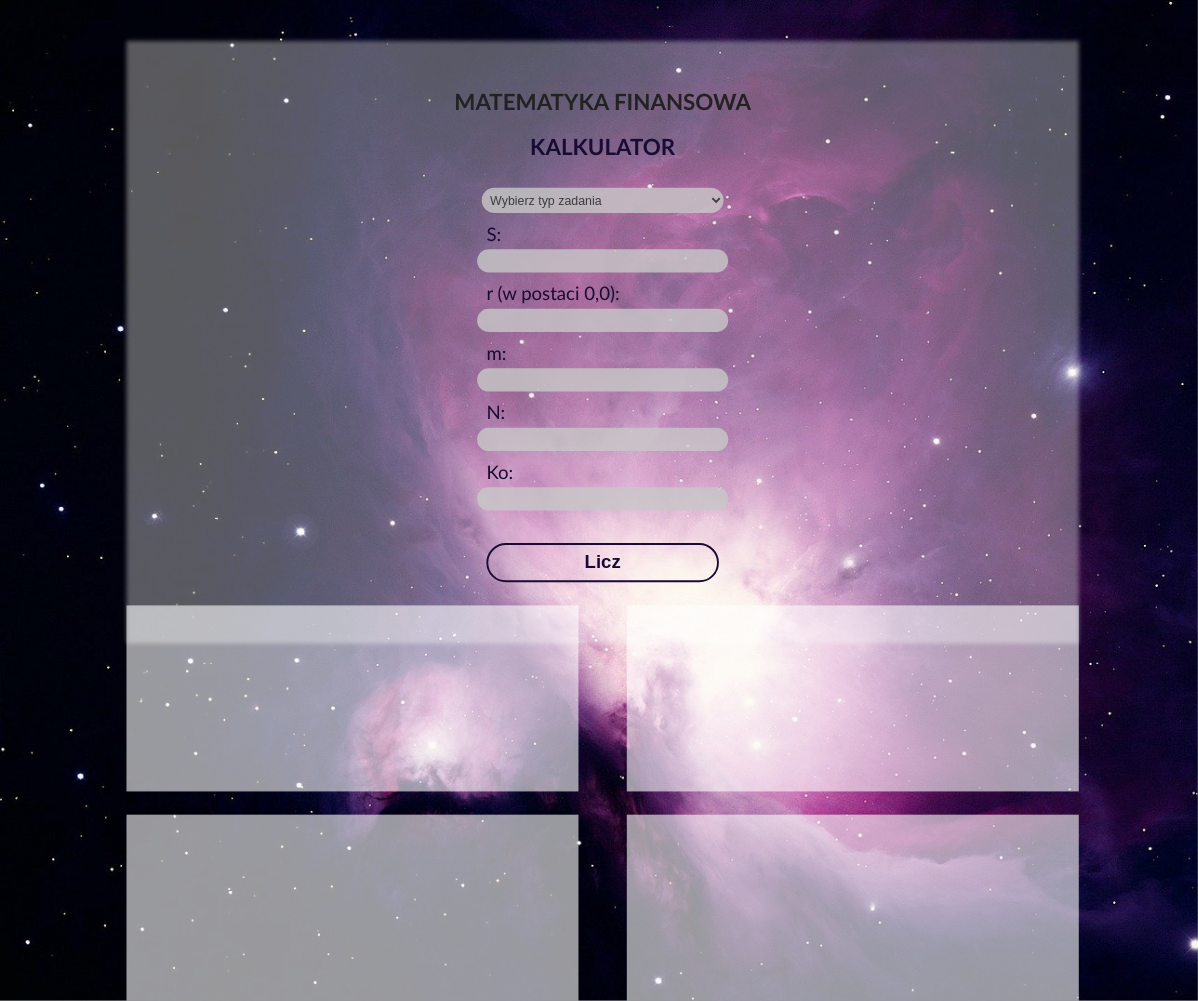
Repository: ravkita/MFCalc
Page: index.html
The author's editor kept a copy of each file at every save. The page is drawn from the files as they stood at one save, then again after the next save.
The browser window is 1280 px wide. The page is 1288 px wide, so the pictures cover 1288 px, including what lies to the right of the window. The pictures show the whole page, at 93% of full size.

Above is the page before, as saved 2021-04-12 20:12:56.

### index.html
<!DOCTYPE html>
<html lang="en">
<head>
    <meta charset="UTF-8">
    <meta http-equiv="X-UA-Compatible" content="IE=edge">
    <meta name="viewport" content="width=device-width, initial-scale=1.0">
    <title>Kalkulator</title>

    <style type="text/css">
        body{
            font-family: 'Gill Sans', 'Gill Sans MT', Calibri, 'Trebuchet MS', sans-serif;
            background-image: url('bg.jpg');
            width: 100vw;
            height: 100vh;
            overflow: hidden;
            display: flex;
            justify-content: center;
            align-items: center;
        }
        .popout{
            width: 80%;
            height: 90vh;
            position: relative;
        }
        .popout .bg{
            width: 100%;
            height: 100%;
            background: rgba(255, 255, 255, 0.35);
            filter: blur(2.55px);
            position: absolute;
            top: 0;
            left: 0;
            z-index: -1;
        }
        .header{
            width: 100%;
            display: flex;
            flex-direction: column;
            justify-content: center;
            align-items: center;
        }
        .title{
            color: #222;
            margin-top: 50px;
            margin-bottom: 10px;
        }
        .subtitle{
            margin-top: 10px;
            color: #1A0B34;
        }

        #form{
            display: flex;
            flex-direction: column;
            justify-content: center;
            align-items: center;
        }
        .formItem{
            display: flex;
            justify-content: flex-start;
            align-items: flex-start;
            flex-direction: column;
            margin-top: 10px;
        }
        select, input[type="number"]{
            width: calc(100vh/2 - 100px);
            outline: 0;
            border: 0;
            background: rgba(201, 201, 201, 0.8);
            border-radius: 20px;
            padding: 5px;
            color: #3d3d3d;
        }
        select:focus, input[type="number"]:focus{
            box-shadow: 0 4px 10px rgba(201, 201, 201, 0.35);
        }
        label{
            padding-left: 10px;
            padding-bottom: 5px;
            color: #1A0B34;
            font-size: 20px;
        }
        input[type="button"]{
            margin-top: 35px;
            background: transparent;
            width: 250px;
            border: solid 2px #1A0B34;
            color: #1A0B34;
            border-radius: 30px;
            font-size: 20px;;
            padding: 7.5px 0;
            font-weight: 600;
            outline: none;
            transition: all .3s ease-in;
        }
        input[type="button"]:hover{
            background: #1A0B34;
            color: #fff;
            cursor: pointer;
        }
        .result{
            width: 100%;
            display: flex;
            justify-content: space-between;
            align-items: center;
            flex-flow: row wrap;
        }
        .cell{
            width: 47.5%;
            min-height: 200px;
            background: rgba(255, 255, 255, 0.6);
            margin-top: 25px;
        }
    </style>
</head>
<body>
    <section class="popout">
        <div class="bg"></div>
        <header class="header">
            <h1 class="title">MATEMATYKA FINANSOWA</h1>
        <h2 class="subtitle">KALKULATOR</h2>
        </header>
        <form action="" id="form">
            <div class="formItem">
                <select name="type" id="typ">
                <option default>Wybierz typ zadania</option>
                <option value="1">zmienna rata</option>
                <option value="2">zmienne płatności</option>
                <option value="3">narastanie kapitału</option>
            </select>
            </div>
            <div class="formItem"><label for="S">S:</label> <input type="number" name="S" class="s"></div>
            <div class="formItem"><label for="r">r (w postaci 0,0):</label> <input type="number" name="r" class="r"></div>
            <div class="formItem"><label for="m">m:</label> <input type="number" name="m" class="m"></div>
            <div class="formItem"><label for="N">N:</label> <input type="number" name="N" class="N"></div>
            <div class="formItem"><label for="Ko">Ko:</label> <input type="number" name="Ko" class="Ko"></div>
            <input type="button" name="confirm" id="confirm" value="Licz">
        </form>
        <div class="result">
            <div class="cell cell-1"></div>
            <div class="cell cell-2"></div>
            <div class="cell cell-3"></div>
            <div class="cell cell-4"></div>
        </div>
    </section>
    <script type="text/javascript">
        let s;
        let r;
        let m;
        let N;
        let q;
        let a;
        let Ko;
        let Sn = [];

        // RATY


        function rataStała(){
            const el = document.createElement("p");
            let t = s/(m*N);
            el.innerText = `T: ${t}`;
            document.querySelector('.cell-1').appendChild(el);
        }
        function rataZmienna(){
            let tn = [];
            let sumaTn = 0;
                for(let i = 1; i<=N*m; i++){
                    const el = document.createElement("p");
                    tn[i-1] = s*((Math.pow(q, i) - Math.pow(q, i-1))/(Math.pow(q, m*N) - 1));
                    sumaTn += tn[i-1];
                    el.innerText = `T${i}: ${tn[i-1]}`;
                    document.querySelector('.cell-1').appendChild(el);
                }
                const suma = document.createElement("p");
            suma.innerText = `Suma rat: ${sumaTn}`;
            document.querySelector('.cell-1').appendChild(suma);
        }

        //KWOTA PŁATNOŚCI

        function kwotaPlatnosciStala(){
            const el = document.createElement("p");
            a = s*Math.pow(q, m*N)*((q-1)/(Math.pow(q, m*N)-1));
            el.innerText = `A: ${a}`;
            document.querySelector('.cell-2').appendChild(el);
        }
        function kwotaPlatnosciZmienna(){
            for(let i = 1; i<=N*m; i++){
                const el = document.createElement("p");
                let an = (s/(N*m))*[1+((N*m)-i+1)*(r/m)];
                el.innerText = `A${i}: ${an}`;
                document.querySelector('.cell-2').appendChild(el);
            }
        }

        // ODSETKI
        function odsetkiPrzyStalejRacie(){
            let sumaOs = 0;
            for(let i = 1; i<=N*m; i++){
                const el = document.createElement("p");
                let On = s*[1-((i-1)/(N*m))]*(r/m);
                sumaOs += On;
                el.innerText = `O${i}: ${On}`;
                document.querySelector('.cell-3').appendChild(el);
            }
            const suma = document.createElement("p");
            suma.innerText = `Suma odsetek: ${sumaOs}`;
            document.querySelector('.cell-3').appendChild(suma);
        }

        function odsetkiPrzyStalejKwocie(){
            saldoPrzyStałejKwocie();
            let On
            let sumaO = 0;
            for(let i = 1; i<=N*m; i++){
                const el = document.createElement("p");
                if(i === 1){
                     On = s*(r/m);
                     sumaO += On;
                }else{
                     On = Sn[i-2]*(r/m);
                     sumaO += On;
                }

                el.innerText = `O${i}: ${On}`;
                document.querySelector('.cell-3').appendChild(el);
            }
            const suma = document.createElement("p");
            suma.innerText = `Suma odsetek: ${sumaO}`;
            document.querySelector('.cell-3').appendChild(suma);
        }


        //SALDO
        function saldoPrzyStałejKwocie(){
            kwotaPlatnosciStala();
            for(let i = 1; i<=N*m; i++){
                const el = document.createElement("p");
                Sn[i-1] = s*(Math.pow((1+(r/m)), i)) - a*((Math.pow((1+(r/m)), i)-1)/((1+(r/m))-1));
                el.innerText = `S${i}: ${Sn[i-1]}`;
                document.querySelector('.cell-4').appendChild(el);
            }
        }

        function saldoPrzyStałejRacie(){
            for(let i = 1; i<=N*m; i++){
                const el = document.createElement("p");
                let SnS = s*(1-(i/(N*m)));
                el.innerText = `S${i}: ${SnS}`;
                document.querySelector('.cell-4').appendChild(el);
            }
        }


        //NARASTANIE KAPITAŁU

        function narastanieKapitału(){
            for(let i = 1; i<=N; i++){
                const el = document.createElement("p");
                let Kn = Ko*(Math.pow((1+(r/m)), i*m));
                el.innerText = `K${i}: ${Kn}`;
                document.querySelector('.cell-1').appendChild(el);
            }
        }



        function getData(){
            document.getElementById('confirm').addEventListener('click', (e) =>{
                s = document.querySelector('.s').value;
                r = document.querySelector('.r').value;
                m = document.querySelector('.m').value;
                N = document.querySelector('.N').value;
                Ko = document.querySelector('.Ko').value;
                q = 1+(r/m);
                let type = document.querySelector('#typ').value;
                document.querySelector('.result').innerHTML="";

                switch (type){
                    case "1":
                    rataZmienna();
                    kwotaPlatnosciStala();
                    odsetkiPrzyStalejKwocie()
                    break;
                    case "2":
                    rataStała();
                    kwotaPlatnosciZmienna();
                    odsetkiPrzyStalejRacie();
                    saldoPrzyStałejRacie();
                    break;
                    case "3":
                    narastanieKapitału();
                }
            });
        }
        getData();
    </script>
</body>
</html>

After the next save:
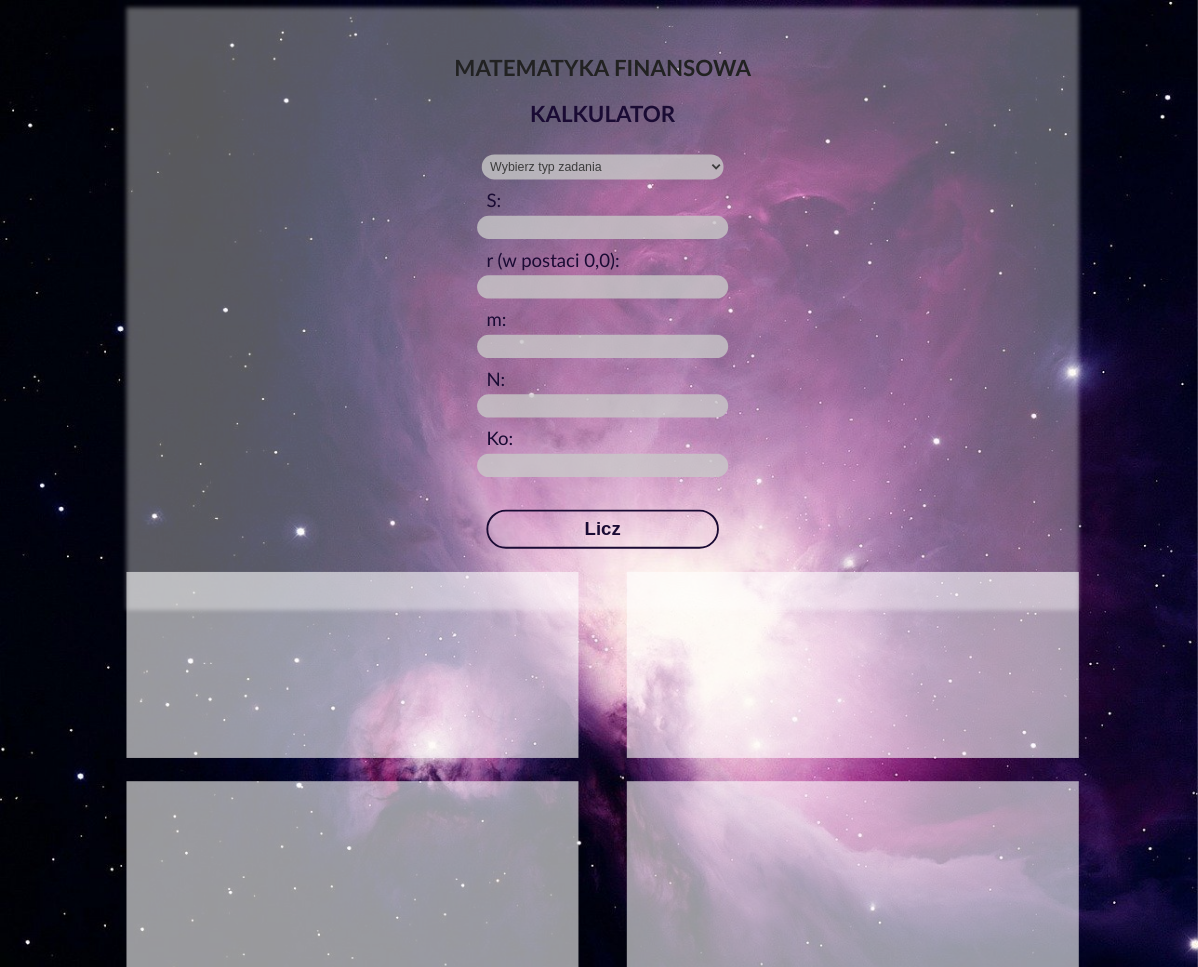
Saved 20 s later.
--- a/index.html
+++ b/index.html
@@ -11,8 +11,7 @@
             font-family: 'Gill Sans', 'Gill Sans MT', Calibri, 'Trebuchet MS', sans-serif;
             background-image: url('bg.jpg');
             width: 100vw;
-            height: 100vh;
-            overflow: hidden;
+            overflow-X: hidden;
             display: flex;
             justify-content: center;
             align-items: center;
